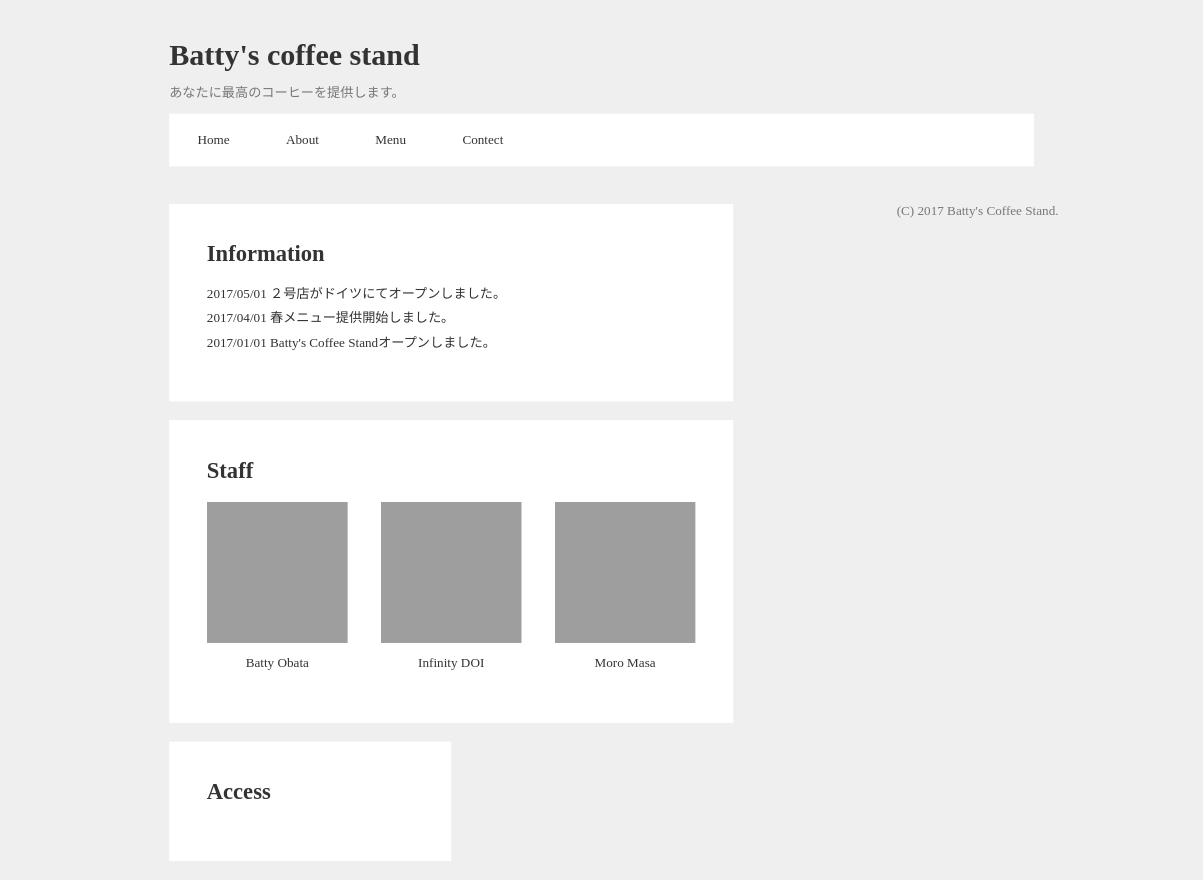
Repository: Black-Holy/rails-07-
Page: HTML/batty_coffee_stand/index.html
The author's editor kept a record of every edit. The page is drawn from the files as they stood at one moment, then again after the next edit.
The browser window is 1280 px wide. The pictures show the whole page, at 94% of full size.
Pictures or frames that could not be fetched are drawn as grey boxes.

Above is the page before.

### HTML/batty_coffee_stand/index.html
<!DOCTYPE HTML>
<html>
  <head>
    <meta charset="UTF-8">
    <title>Batty's Coffee Stand</title>
    <link rel="stylesheet" href="css/normalize.css">
    <link rel="stylesheet" href="css/style.css">
  </head>
  <body>
  <header>
    <div class="container">
      <div class="header-title-area">
        <h1 class="logo">Batty's coffee stand</h1>
        <p class="text-sub">あなたに最高のコーヒーを提供します。</p>
        <ul class="header-navigation">
          <li><a href="#">Home</a></li>
          <li><a href="#">About</a></li>
          <li><a href="#">Menu</a></li>
          <li><a href="#">Contect</a></li>
        </ul>
      </div>
    </div>
  </header>
  <div class="main">
    <div class="container">
      <div class="left-contents">
        <div class="card-contents">
          <h2 class="text-title">Information</h2>
          <ul class="information-list">
            <li>2017/05/01 ２号店がドイツにてオープンしました。</li>
            <li>2017/04/01 春メニュー提供開始しました。</li>
            <li>2017/01/01 Batty's Coffee Standオープンしました。</li>
          </ul>
        </div>
        <div class="card-contents">
          <h2 class="text-title">Staff</h2>
          <div class="staff-list-area">
            <div class="staff-list">
              <img src="./staff_01.jpg" class="staff-image">
              <p class="staff-name">Batty Obata</p>
            </div>
            <div class="staff-list">
              <img src="./staff_02.jpg" class="staff-image">
              <p class="staff-name">Infinity DOI</p>
            </div>
            <div class="staff-list">
              <img src="./staff_03.jpg" class="staff-image">
              <p class="staff-name">Moro Masa</p>
            </div>
          </div>
        </div>
        <div class="right-contents">
          <div class="card-contents">
            <h2 class="text-title">Access</h2>
        </div>
      </div>
    </div>
  </div>
  <footer>
    <p class="copyright">(C) 2017 Batty's Coffee Stand.</p>
  </footer>
  </body>
</html>

### HTML/batty_coffee_stand/css/style.css
body {
  background-color: #efefef;
  font-size: 14px;
  color: #333;
  margin: 0;
}

h1,h2,h3,h4,h5 {
  margin: 0 0 10px 0;
  padding: 0;
}

header {
  margin-top: 20px;
}

.container {
  width: 920px;
  margin: 0 auto 40px auto;
}

.header-title-area {
  margin-top: 40px;
  margin-bottom: 30px;
}

.logo {
  font-size: 32px;
}

.text-sub {
  color: #777;
}

.header-navigation {
  width: 100%;
  background-color: #fff;
  padding: 20px 0;
}

.header-navigation:after {
  clear: both;
  display: block;
  content: " ";
}

.header-navigation li {
  float: left;
  padding: 0 30px;
  text-align: center;
  list-style-type: none;
}

.header-navigation li a {
  color: #333;
  text-decoration: none;
}

.text-title {
  font-size: 24px;
  font-weight: bold;
  margin-top: 0;
  margin-bottom: 20px;
}

.card-contents {
  padding: 40px;
  display: block;
  margin-bottom: 20px;
  background-color: #fff;
}

.left-contents {
  width: 600px;
  margin-right: 20px;
  float: left;
}

.right-contents {
  width: 300px;
  float: left;
}

.information-list {
  list-style-type: none;
  padding-left: 0;
}

.information-list li {
  margin-bottom: 10px;
}

.staff-list-area:after {
  clear: both;
  display: block;
  content: " ";
}

.staff-list {
  width: 150px;
  margin-right: 35px;
  float: left;
}

.staff-list:last-child {
  margin-right: 0;
}

.staff-image {
  margin-bottom: 10px;
  width: 150px;
  height: 150px;
  display: block;
}

.staff-name {
  text-align: center;
}

.copyright {
  color: #777;
  text-align: center;
}

.main:after {
  clear: both;
  display: block;
  content: " ";
}

Loaded but not shown: HTML/batty_coffee_stand/css/normalize.css (library)

After the next edit:
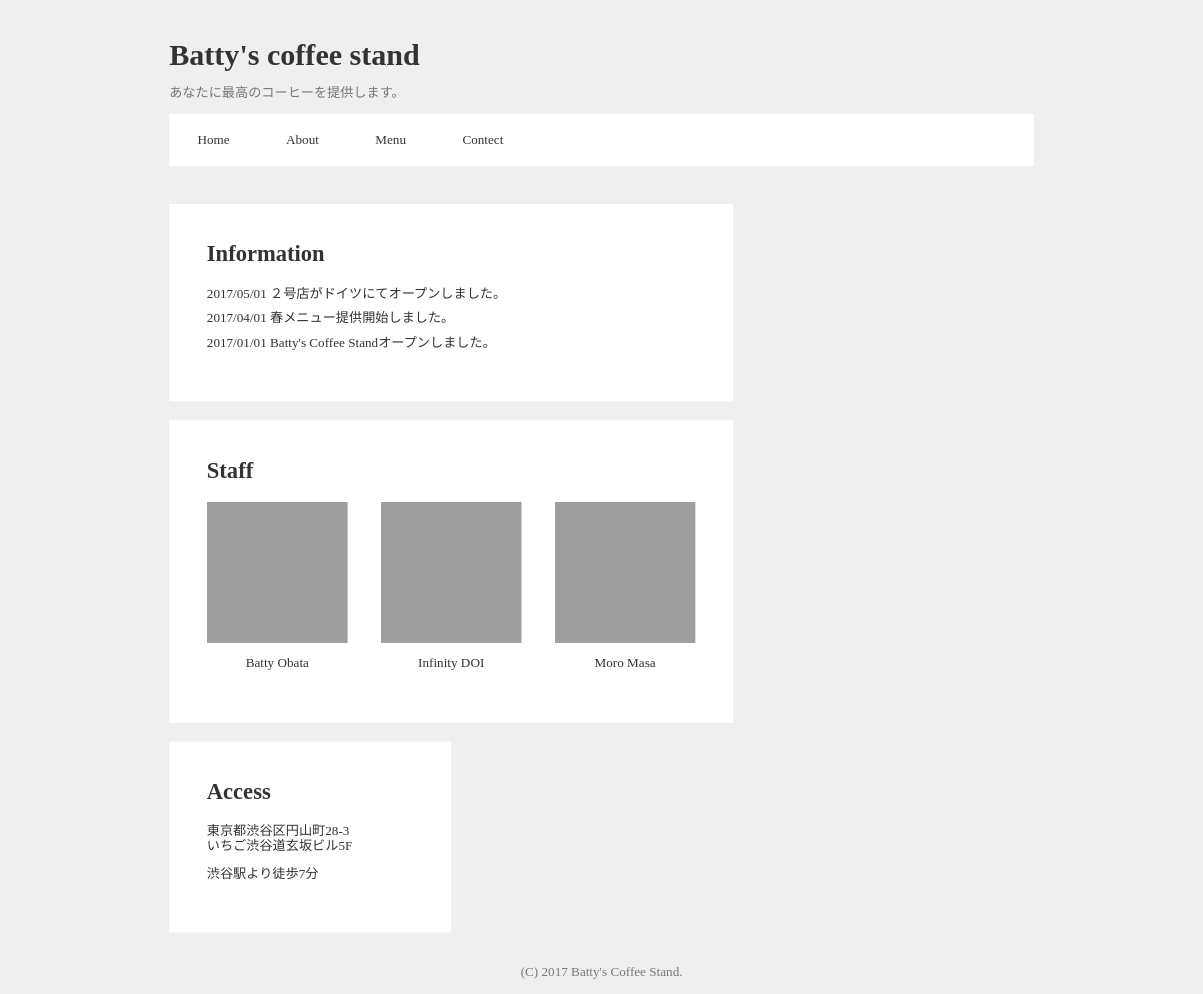
The edit:
--- a/HTML/batty_coffee_stand/index.html
+++ b/HTML/batty_coffee_stand/index.html
@@ -52,6 +52,9 @@
         <div class="right-contents">
           <div class="card-contents">
             <h2 class="text-title">Access</h2>
+            <p>東京都渋谷区円山町28-3<br>いちご渋谷道玄坂ビル5F</p>
+            <p>渋谷駅より徒歩7分</p>
+          </div>
         </div>
       </div>
     </div>
